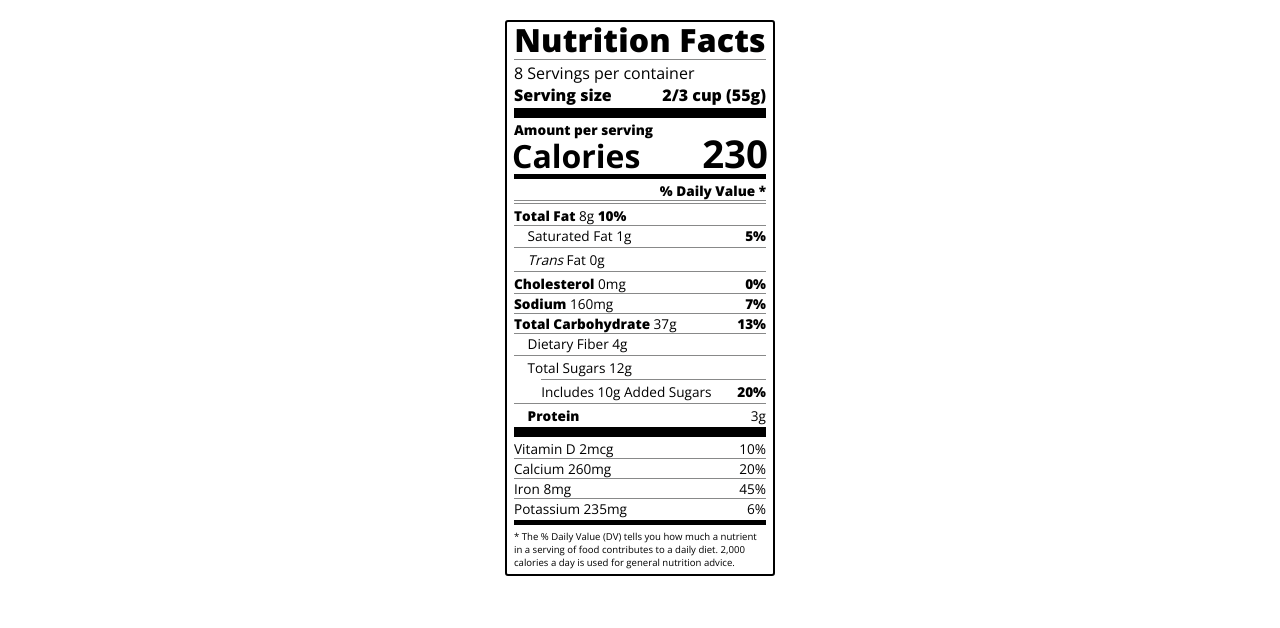
Repository: Lungdjos/typography
Page: index.html
These files come from the project's save history. The page is drawn as it stood at one moment and after a run of saves; the edit follows.
The browser window is 1280 px wide. The pictures show the whole page.

Above is the page before, as saved 2023-10-28 03:08:42.

After the next 2 saves:
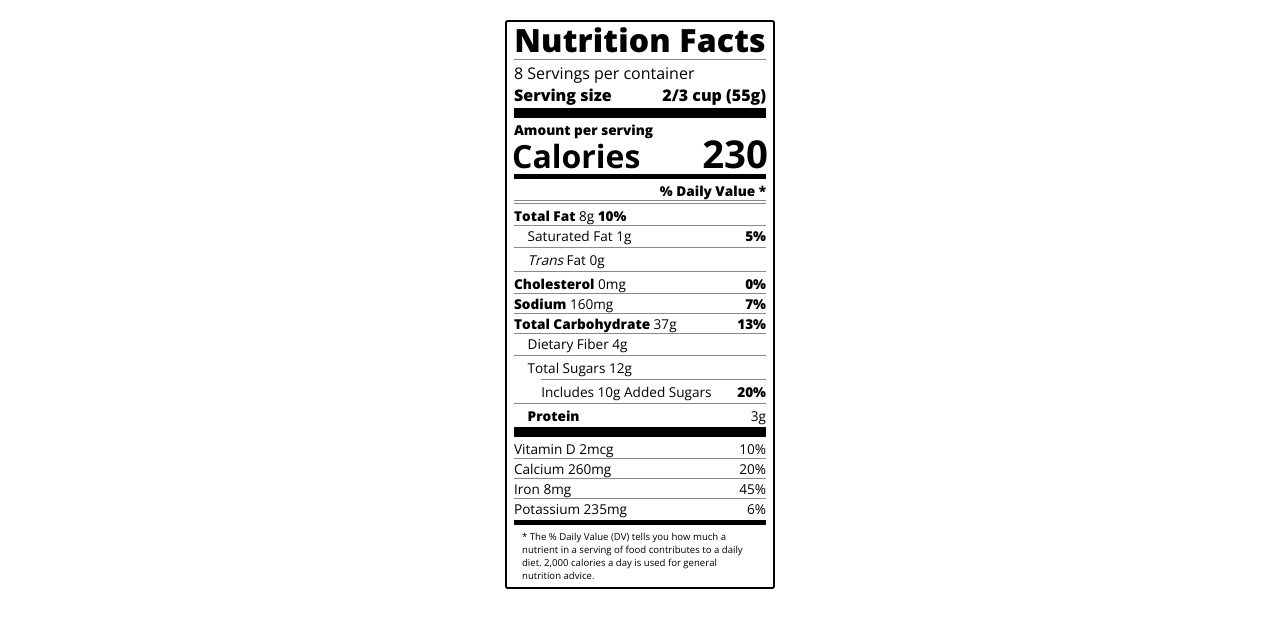
The 2 saves are shown as one change because they came seconds apart.
The last was saved 6 s later.
--- a/styles.css
+++ b/styles.css
@@ -98,5 +98,5 @@ p {
 .note {
     margin: 5px 0;
     font-size: .6rem;
-    padding: ;
+    padding: 0 8px;
 }
